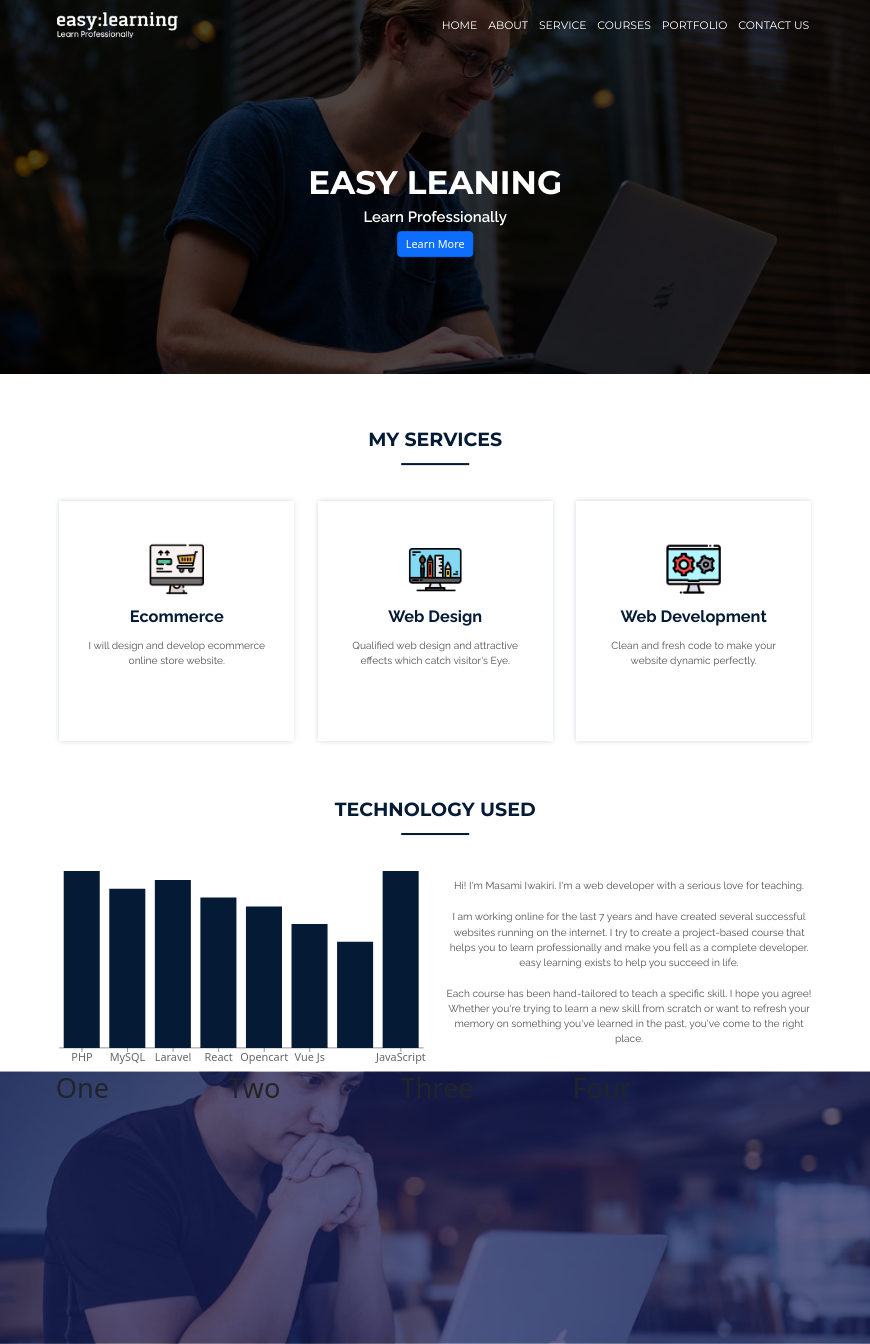
Repository: masamichan/free_video_app
Page: /
The author's editor kept a copy of each file at every save. The page is drawn from the files as they stood at one save, then again after the next save.
The browser window is 1280 px wide. The pictures show the whole page, at 68% of full size.
Backgrounds fixed to the window are drawn as part of the page. The project was rebuilt for these pictures with package versions that can differ from the ones it lists, and the page was loaded fresh each time.

Above is the page before, as saved 2023-01-29 11:30:04.

After the next save:
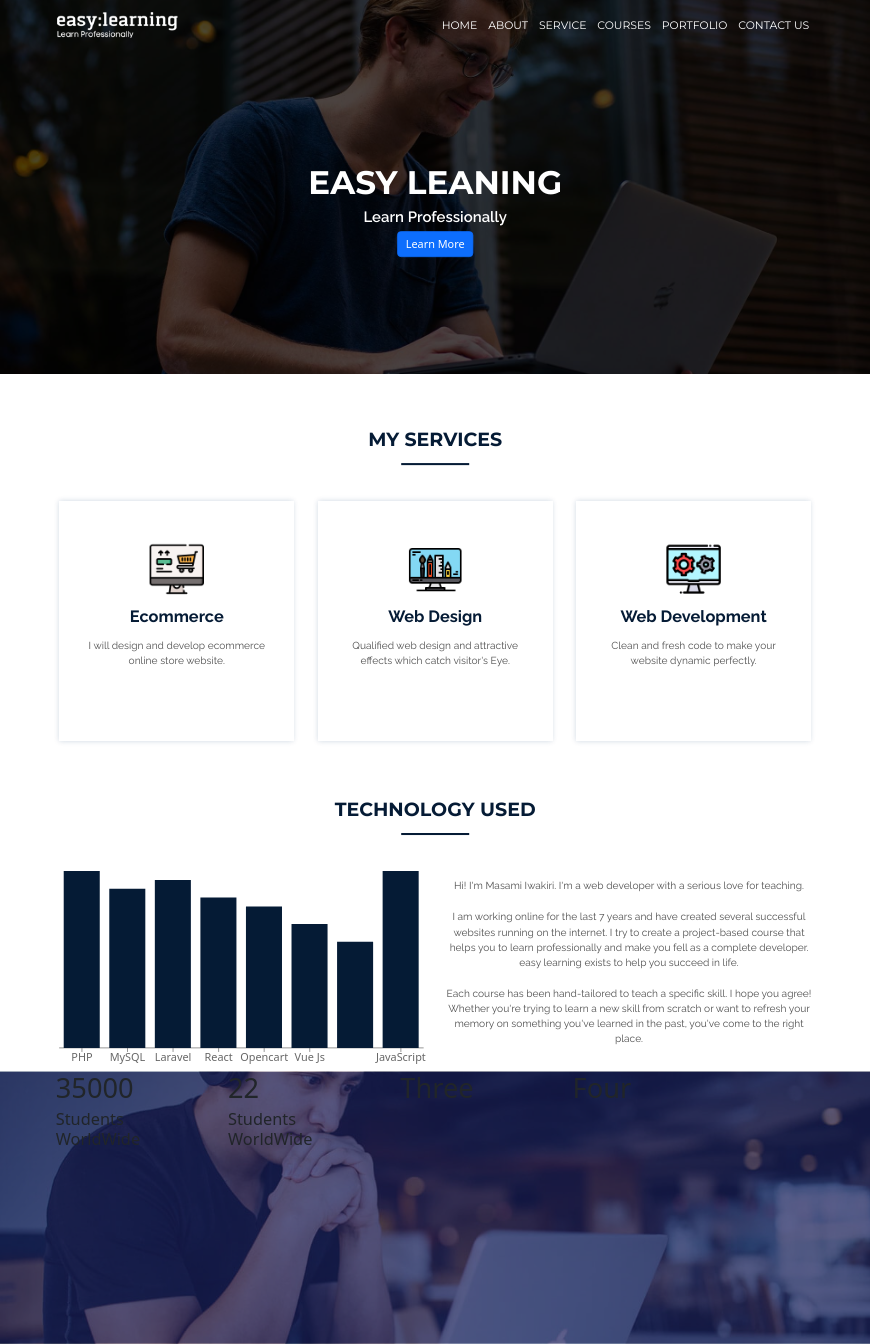
Saved 9 min 36 s later.
--- a/src/components/Summary/Summary.jsx
+++ b/src/components/Summary/Summary.jsx
@@ -11,10 +11,12 @@ export class Summary extends Component {
                 <Col lg={8} md={6} sm={12}>
                   <Row>
                     <Col>
-                      <h1>One</h1>
+                      <h1>35000</h1>
+                      <h4>Students WorldWide</h4>
                     </Col>
                     <Col>
-                      <h1>Two</h1>
+                      <h1>22</h1>
+                      <h4>Students WorldWide</h4>
                     </Col>
                     <Col>
                       <h1>Three</h1>
